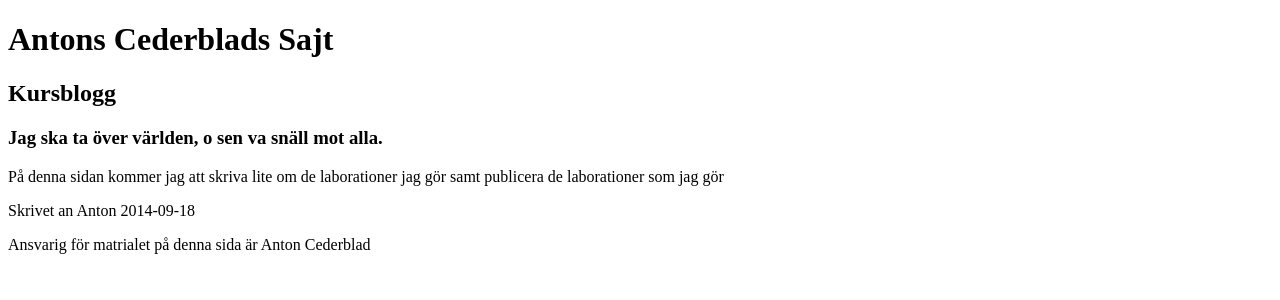
Repository: ac222jv/1IK415-Laborationer
Page: index.html
The author's editor kept a record of every edit. The page is drawn from the files as they stood at one moment, then again after the next edit.
The browser window is 1280 px wide. The pictures show the whole page.

Above is the page before.

### index.html
<!DOCTYPE html>
<html>
<head>


<meta charset= "Utf-8">
<title>Startsida</title>

    </head>
    <body>
    <h1>Antons Cederblads Sajt</h1>
    <h2>Kursblogg</h2>
    <h3>Jag ska ta över världen, o sen va snäll mot alla.</h3>






    <p>På denna sidan kommer jag att skriva lite om de laborationer jag gör samt publicera de laborationer som jag gör</p>

    <p>Skrivet an Anton 2014-09-18</p>

    <P>Ansvarig för matrialet på denna sida är Anton Cederblad </P>



</body>

</html>

After the next edit:
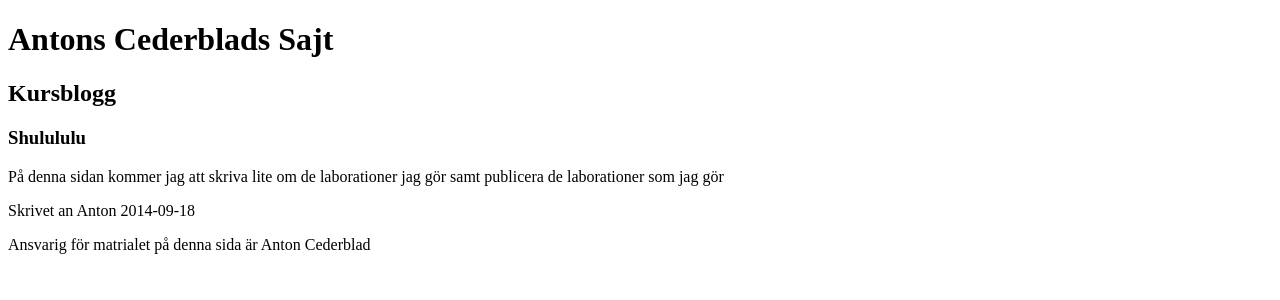
The edit:
--- a/index.html
+++ b/index.html
@@ -10,7 +10,7 @@
     <body>
     <h1>Antons Cederblads Sajt</h1>
     <h2>Kursblogg</h2>
-    <h3>Jag ska ta över världen, o sen va snäll mot alla.</h3>
+    <h3>Shulululu</h3>
 
 
 
